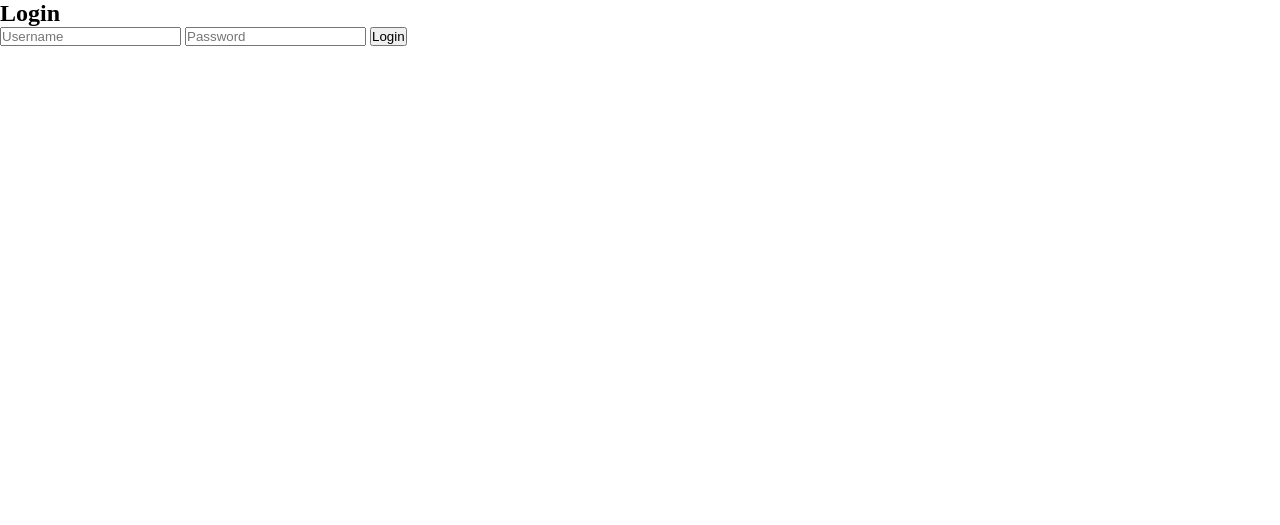
Repository: Anadi-Chauhan/Mentorship-binarybuddy
Page: login.html
These files come from the project's save history. The page is drawn as it stood at one moment and after the next save; the edit follows.
The browser window is 1280 px wide. The pictures show the whole page.

Above is the page before, as saved 2024-10-19 10:08:34.
Console error: TypeError: Cannot read properties of null (reading 'scrollWidth')

### login.html
<!DOCTYPE html>
<html lang="en">
<head>
    <meta charset="UTF-8">
    <meta name="viewport" content="width=device-width, initial-scale=1.0">
    <title>Login Example</title>
    <link rel="stylesheet" href="style.css">
</head>
<body>
    <div class="container">
        <div id="login-form">
            <h2>Login</h2>
            <input type="text" id="username" placeholder="Username" required>
            <input type="password" id="password" placeholder="Password" required>
            <button onclick="login()">Login</button>
            <p id="login-error"></p>
        </div>

        <div id="welcome-section" style="display: none;">
            <h2>Welcome, <span id="user-name"></span>!</h2>
            <button onclick="logout()">Logout</button>
        </div>
    </div>

    <script src="script.js"></script>
</body>
</html>

### style.css
*{
    margin: 0;
    padding: 0;
}

.page{

    width: 100vw;
    height: 414vh;
    border: 2px solid color(srgb 0.0264 0.0958 0.1204);
    background-color: color(srgb 0.0264 0.0958 0.1204);
}
.navbars{
    -webkit-backdrop-filter: blur(5px);
    backdrop-filter: blur(5px);
    top: 0px;
    position: sticky;
    z-index: 10;
}
.navbar{
    display: flex;
    align-items: center;
    margin-left: 100px;
    position: sticky;
    height: 50px;
}
.logo{
    margin-right: 200px;
    display: flex;
    justify-content: center;
    align-items: center;
}
.logo-img{
    height: 40px;
    width: 40px;
}
.end{
    margin-left: 200px;
}
.navbar li{
    list-style: none;
    padding: 10px;
}
.navbar li a{
    color: white;
    text-decoration: none;
    transition: transform 0.3s;
}
.navbar li a:hover{
    text-decoration: underline;
    color: aqua;
}
header{
    display: flex;
    justify-content: center;
    align-items: center;
}
.content{
    width: 70vw;
    color: aliceblue;
    margin-top: 10vh;
}
.content h1{
    -webkit-backdrop-filter: blur(5px);
    backdrop-filter: blur(2px);
    font-family: "Anta",sans-serif;
    font-size: 50px;
}
.content p{
    -webkit-backdrop-filter: blur(20px);
    backdrop-filter: blur(20px);
    font-size: 25px;
}
.btn{
    /* -webkit-backdrop-filter: blur(5px); */
    /* backdrop-filter: blur(5px); */
    margin-top: 5vh;
    height: 45px;
    border-radius: 10px;
    width: 80px;
    /* box-sizing: border-box; */
    transition: transform 0.3s ease;
    /* box-shadow: 1px 1px 0px color(srgb 0.23 0.44 0.51 / 1); */
    margin-left: 8vw;
    cursor: pointer;
    /* border: 2px solid color(srgb 0.23 0.44 0.51 / 1); */
}
.btn:hover{
    transform: translateY(-1px);
    background-color: rgb(210, 226, 226);
}
.long-buttons{
    width: 180px;
    margin-left: 20vw;
}
.section-2{
    -webkit-backdrop-filter: blur(5px);
    backdrop-filter: blur(2px);
    display: flex;
    width: max-content;
    justify-content: center;
    align-items: center;
    margin-left: 20vw;
    margin-top: 10vh;
    gap: 20px;
    margin-right: 40px;
}
.section-2-button{
    margin-left: 5px;
}
.section-2-img{
    height: 20vh;
    width: 2;
    margin-right: 8px;
}
.mentor-description{
    display: flex;
    justify-content: center;
    align-items: center;
}
.card{
    color: white;
    width: 25vw;
    box-shadow: 1px 1px 10px color(display-p3 0.52 0.94 1);
    margin: 10px;
    text-align: center;
    border: 2px solid rgb(11, 58, 63);
    height: 30vh;
    border-radius: 15px;
    transition: transform 0.3s ease, box-shadow 0.3s ease;
    background-color: rgb(13, 38, 41);
}
.card h4{
    margin-top: 14px;
}
.card-2 h4{
    margin-top: 5px;
}
.card-2 h3{
    margin-top: 14px;
}
.card button{
    margin-top: 20px;
}
.card:hover {
    transform: translateY(-2px);
    box-shadow: 5px 5px 2px rgba(4, 118, 130, 0.7);
}
.section-3{
    -webkit-backdrop-filter: blur(20px);
    backdrop-filter: blur(20px);
    background-color: aliceblue;
    height: 20px;
    margin-right: 9vw;
    margin-left: 9vw;
    margin-top: 10vh;
}
.section-4{
    -webkit-backdrop-filter: blur(20px);
    backdrop-filter: blur(20px);
    color: aliceblue;
    display: flex;
    margin-top: 5vh;
    margin-left: 9vw;
}
.section-5{
    -webkit-backdrop-filter: blur(5px);
    backdrop-filter: blur(2px);
    background-image: url(./Images/sec5.avif);
    background-repeat: no-repeat;
    background-size: contain;
    background-size: 23vw;
    background-position: right;
    border: 2px solid color(srgb 0.1966 0.5303 0.57);
    border-radius: 10px;
    margin-top: 6vh;
    color: white;
    height: 50vh;
    margin-left: 9vw;
    margin-right: 9vw;
    box-shadow: 45vw 0 25vw -23vw color(srgb 0.1966 0.5303 0.57) inset;
    margin-top: 12vh;
}
.section-5 h1{
    margin-top: 3vh;
    width: 25vw;
    margin-left: 20px;
}
.things{
    display: flex;
    margin-top: 5vh;
    margin-left: 10px;
}
.things div{
    width: 15vw;
    margin: 10px;
}
.things div  p{
    font-size: small;

}
.section-5-button{
  margin-left: 15vw;
}
.section-6{
    -webkit-backdrop-filter: blur(5px);
    backdrop-filter: blur(2px);
    display: flex;;
    border: 2px solid color(srgb 0.1966 0.5303 0.57);
    border-radius: 10px;
    margin-top: 6vh;
    height: 100vh;
    margin-left: 9vw;
    margin-right: 9vw;
    box-shadow: 45vw 0 25vw -23vw color(srgb 0.1966 0.5303 0.57) inset;
    margin-top: 12vh;
}
.section-6 img{
    height: 70vh;
    width: 30vw;
    margin-top: 15vh;
    margin-left: 40px;
    border-radius: 10px;
}
.section-6 p{
    color: white;
    margin-top: 10vh;
    width: 40vw;
    margin-left: 5vw;
}

.section-7{
    margin-top: 18vh;
    height: 50vh;
    width: 100%;
    background:linear-gradient(180deg ,color(srgb 0.0264 0.0958 0.1204) 50%,black 50%);
    color: white;
    position: relative;
}
.section-7 span {
    position: absolute; /* Position the paragraph absolutely */
    bottom: 0; /* Align to the bottom of the parent */
    margin: 0;
    left: 10px;
}
.section-7 p {
    position: absolute; /* Position the paragraph absolutely */
    bottom: 0; /* Align to the bottom of the parent */
    margin: 10px;
    right: 10px;
}
.register{
    background-color: aliceblue;
    border-radius: 10px;
    height: 30vh;
    width: 82vw;
    margin-left: 9vw;
}

### script.js
// script.js
document.addEventListener("DOMContentLoaded", function () {
  const marquee = document.getElementById('marquee');
  const marqueeClone = document.getElementById('marquee-clone');
  const marqueeContainer = document.querySelector('.marquee-container');

  let speed = 2; // Control the speed of the scrolling
  let currentPosition = 0; // Track current position of the marquee

  // Get the width of the marquee to calculate its movement
  const marqueeWidth = marquee.scrollWidth;

  // Function to scroll the marquee continuously
  const scrollMarquee = () => {
    currentPosition -= speed;

    // If the entire marquee content has scrolled out of view, reset it
    // if (currentPosition <= -marqueeWidth) {
    //   currentPosition = 0;
    // }

    // Apply the current position to both marquee and its clone
    marquee.style.transform = `translateX(${currentPosition}px)`;
    marqueeClone.style.transform = `translateX(${currentPosition + marqueeWidth}px)`;

    // Call this function for the next animation frame
    requestAnimationFrame(scrollMarquee);
  };

  // Start the scroll
  scrollMarquee();
});

### login.css
body {
    font-family: Arial, sans-serif;
    display: flex;
    justify-content: center;
    align-items: center;
    height: 100vh;
    background-color: #f0f0f0;
    margin: 0;
}

.container {
    background-color: white;
    padding: 20px;
    border-radius: 8px;
    box-shadow: 0 0 10px rgba(0, 0, 0, 0.1);
}

input {
    display: block;
    margin: 10px 0;
    padding: 10px;
    width: 100%;
    border: 1px solid #ccc;
    border-radius: 4px;
}

button {
    padding: 10px 20px;
    background-color: #28a745;
    color: white;
    border: none;
    border-radius: 4px;
    cursor: pointer;
}

button:hover {
    background-color: #218838;
}

#error {
    color: red;
}

### login.js
// Script to handle login and logout
function login() {
    const username = document.getElementById("username").value;
    const password = document.getElementById("password").value;

    if (username === "admin" && password === "1234") {
        document.getElementById("login-form").style.display = "none";
        document.getElementById("welcome-section").style.display = "block";
        document.getElementById("user-name").textContent = username;
        document.getElementById("login-error").textContent = "";
    } else {
        document.getElementById("login-error").textContent = "Invalid credentials!";
    }
}

function logout() {
    document.getElementById("login-form").style.display = "block";
    document.getElementById("welcome-section").style.display = "none";
    document.getElementById("username").value = "";
    document.getElementById("password").value = "";
}

After the next save:
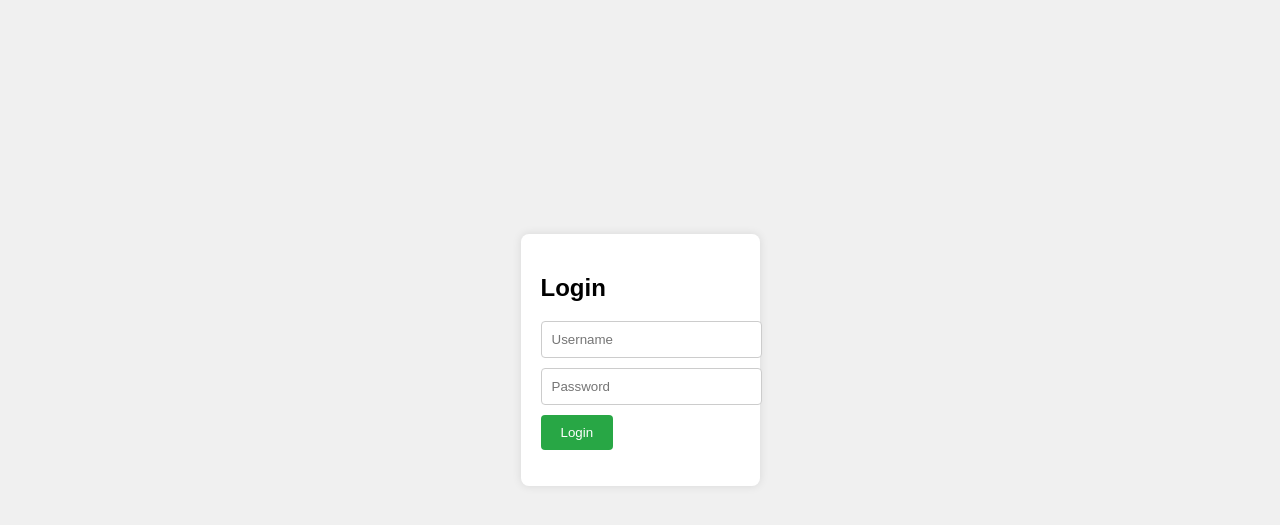
The error is gone.
Saved 114 s later.
--- a/login.html
+++ b/login.html
@@ -4,7 +4,7 @@
     <meta charset="UTF-8">
     <meta name="viewport" content="width=device-width, initial-scale=1.0">
     <title>Login Example</title>
-    <link rel="stylesheet" href="style.css">
+    <link rel="stylesheet" href="login.css">
 </head>
 <body>
     <div class="container">
@@ -22,6 +22,6 @@
         </div>
     </div>
 
-    <script src="script.js"></script>
+    <script src="login.js"></script>
 </body>
 </html>
